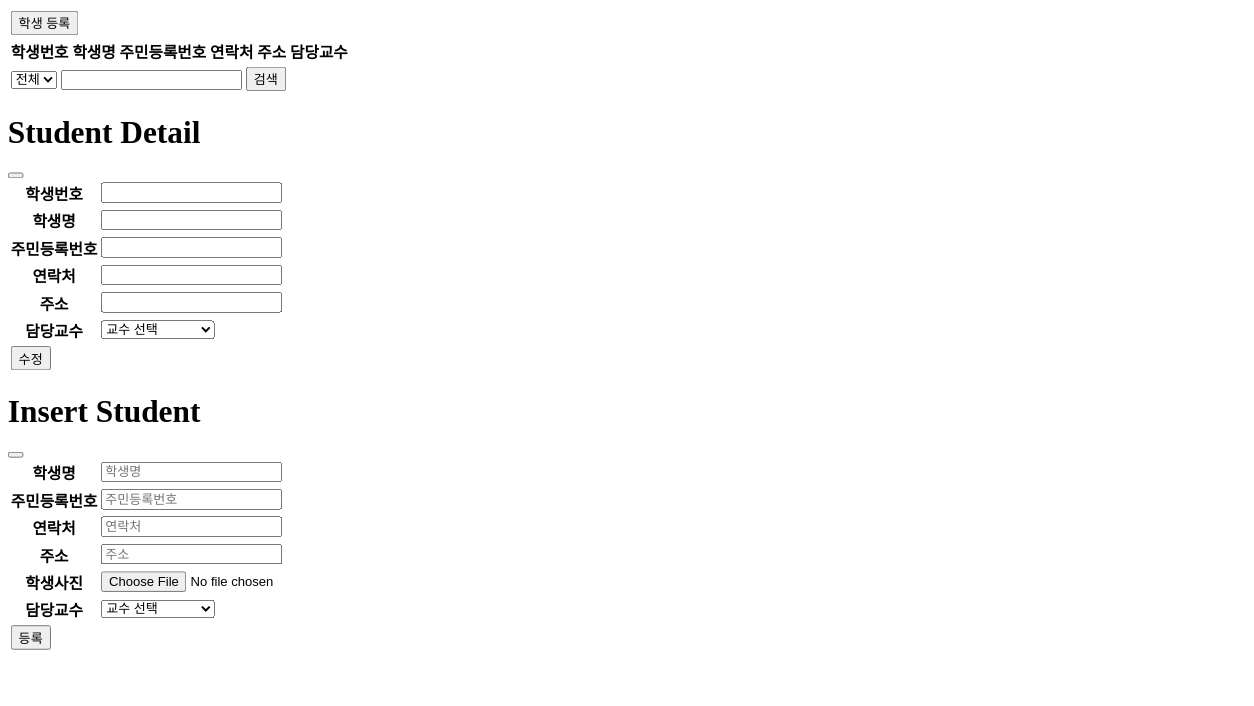
Repository: hoseolkim/restart
Page: http://localhost/HaksaManage/WEB-INF/views/staff/staffStudentView.jsp
The author's editor kept a copy of each file at every save. The page is drawn from the files as they stood at one save, then again after the next save.
The browser window is 1280 px wide. The pictures show the whole page, at 98% of full size.
The page is served by Tomcat 9. Nobody is signed in. Other server files are loaded and not shown. The template is opened directly, without the code that normally fills it, so the values that code supplies are empty.

Above is the page before, as saved 2023-10-09 05:43:01.
Console error: ReferenceError: $ is not defined

### HaksaManage/src/main/webapp/WEB-INF/views/staff/staffStudentView.jsp
<%@ page language="java" contentType="text/html; charset=UTF-8"
    pageEncoding="UTF-8"%>
<%@ taglib uri="http://java.sun.com/jsp/jstl/core" prefix="c" %>

<style>
#studentTR{
	cursor: pointer;
}
</style>

<table class="table table-bordered">
	<thead>
		<tr>
			<td colspan="7"><button id="studentForm" class="btn btn-primary" data-bs-toggle="modal" data-bs-target="#exampleModal" >학생 등록</button></td>
		</tr>
		<tr>
			<th>학생번호</th>
			<th>학생명</th>
			<th>주민등록번호</th>
			<th>연락처</th>
			<th>주소</th>
			<th>담당교수</th>
			<th></th>
		</tr>
	</thead>
	<tbody id="studentList">
	</tbody>
	<tfoot>
		<tr>
			<td colspan="7">
				<div id="paginationHTML">
				</div>
				<div id="searchUI" class="text-center">
					<select name="searchType">
						<option value>전체</option>
						<option value="name">이름</option>
						<option value="address">주소</option>
					</select>
					<input type="text" name="searchWord" />
					<input type="button" value="검색" id="searchBtn" />
				</div>
			</td>
		</tr>
	</tfoot>
</table>
<c:url value="/staff/student" var="studentList" />
<form id="searchForm" action="${studentList }">
	<input type="hidden" name="searchType" />
	<input type="hidden" name="searchWord" />
	<input type="hidden" name="page" />
</form>


<!-- Update Modal -->
<div class="modal fade" id="studentDetail" tabindex="-1" aria-labelledby="studentDetailModal" aria-hidden="true">
  <div class="modal-dialog">
    <div class="modal-content">
      <div class="modal-header">
        <h1 class="modal-title fs-5" id="studentDetailModal">Student Detail</h1>
        <button type="button" class="btn-close" data-bs-dismiss="modal" aria-label="Close"></button>
      </div>
      <div class="modal-body">
			<table class="table table-bordered">
        		<tr>
        			<th>학생번호</th>
        			<td><input type="text" id="stdNo" name="stdNo" class="form-control" required readonly /></td>
        		</tr>
        		<tr>
        			<th>학생명</th>
        			<td><input type="text" id="stdName" name="stdName" class="form-control" required /></td>
        		</tr>
        		<tr>
        			<th>주민등록번호</th>
        			<td><input type="text" id="stdId" name="stdId" class="form-control" required /></td>
        		</tr>
        		<tr>
        			<th>연락처</th>
        			<td><input type="text" id="stdTelno" name="stdTelno" class="form-control" required /></td>
        		</tr>
        		<tr>
        			<th>주소</th>
        			<td><input type="text" id="stdAdd" name="stdAdd" class="form-control" required /></td>
        		</tr>
        		<tr>
        			<th>담당교수</th>
        			<td>
        				<select name="proCd" id="proCd" class="form-control">
        					<option value>교수 선택</option>
        					<c:choose>
					        	<c:when test="${not empty professorList }">
									<c:forEach items="${professorList }" var="professor">
										<option value="${professor.proCd }">${professor.proName }</option>
									</c:forEach>
								</c:when>
								<c:otherwise>
									<option value>교수 정보가 없음</option>
								</c:otherwise>
        					</c:choose>
        				</select>
        			</td>
        		</tr>
        		<tr>
        			<td colspan="2"><input type="submit" class="btn btn-primary" value="수정" /></td>
        		</tr>
        	</table>
      </div>
      <div class="modal-footer">
      </div>
    </div>
  </div>
</div>




<!-- Insert Modal -->
<div class="modal fade" id="exampleModal" tabindex="-1" aria-labelledby="exampleModalLabel" aria-hidden="true">
  <div class="modal-dialog">
    <div class="modal-content">
      <div class="modal-header">
        <h1 class="modal-title fs-5" id="exampleModalLabel">Insert Student</h1>
        <button type="button" class="btn-close" data-bs-dismiss="modal" aria-label="Close"></button>
      </div>
      <div class="modal-body">
        <form id="studentInsertForm" method="post" action="<%=request.getContextPath() %>/staff/student" enctype="multipart/form-data">
        	<table class="table table-bordered">
        		<tr>
        			<th>학생명</th>
        			<td><input type="text" name="stdName" class="form-control" placeholder="학생명" required /></td>
        		</tr>
        		<tr>
        			<th>주민등록번호</th>
        			<td><input type="text" name="stdId" class="form-control" placeholder="주민등록번호" required /></td>
        		</tr>
        		<tr>
        			<th>연락처</th>
        			<td><input type="text" name="stdTelno" class="form-control" placeholder="연락처" required /></td>
        		</tr>
        		<tr>
        			<th>주소</th>
        			<td><input type="text" name="stdAdd" class="form-control" placeholder="주소" required /></td>
        		</tr>
        		<tr>
        			<th>학생사진</th>
        			<td><input type="file" accept="image/*" name="stdImg" class="form-control"/></td>
        		</tr>
        		<tr>
        			<th>담당교수</th>
        			<td>
        				<select name="proCd" class="form-control">
        					<option value>교수 선택</option>
        					<c:choose>
					        	<c:when test="${not empty professorList }">
									<c:forEach items="${professorList }" var="professor">
										<option value="${professor.proCd }">${professor.proName }</option>
									</c:forEach>
								</c:when>
								<c:otherwise>
									<option value>교수 정보가 없음</option>
								</c:otherwise>
        					</c:choose>
        				</select>
        			</td>
        		</tr>
        		<tr>
        			<td colspan="2"><input type="submit" class="btn btn-primary" value="등록" /></td>
        		</tr>
        	</table>
        </form>
      </div>
      <div class="modal-footer">
      </div>
    </div>
  </div>
</div>
<script>
$(':input[name=searchType]').val("${paging.simpleCondition.searchType}");
$(':input[name=searchWord]').val("${paging.simpleCondition.searchWord}");
</script>
<script type="text/javascript" src="${pageContext.request.contextPath }/resources/js/app/staff/staff.js"></script>

### HaksaManage/src/main/webapp/resources/js/app/staff/staff.js
/**
 *
 */
function fn_paging(page){
	searchForm.page.value = page;
	searchForm.requestSubmit();
}

var makeStudentListTrTag = (student) => {
	let trTag = `
	<tr>
		<td data-std-no="${student.stdNo }">${student.stdNo }</td>
		<td>${student.stdName }</td>
		<td>${student.stdId }</td>
		<td>${student.stdTelno }</td>
		<td>${student.stdAdd }</td>
		<td data-pro-cd="${student.proVO.proCd }">${student.proVO.proName }</td>
		<td>
			<button id="stdUdtBtn" class="btn btn-primary" data-bs-toggle="modal" data-bs-target="#studentDetail" >수정</button>
			<button id="stdDelBtn" class="btn btn-primary" data-bs-toggle="modal" >삭제</button>
		</td>
	</tr>
	`;
	return trTag;
}

$(()=>{
	$(searchForm).on('submit',function(event){
		event.preventDefault();

		let url = this.action;
		let data = $(this).serialize();

		let settings = {
			url : url,
			data : data,
			dataType : 'json'
		}

		$.ajax(settings)
			.done(function(resp){
				let code = ""
				let paging = resp.paging;
				let dataList = paging.dataList;
				let paginationNav = paging.pagingHTML;
				if(dataList?.length > 0 ){
					$.each(dataList,function(i,v){
						code += makeStudentListTrTag(v);
					});
				}else{
					code += `
						<tr>
							<td colspan="7">
								학생 목록이 없습니다.
							</td>
						</tr>
					`;
				}
				$(paginationHTML).html(paginationNav);
				$(studentList).html(code);

			});

		return false;
	});
	$(searchUI).on("click","#searchBtn",function(event){
		let inputs = $(this).parents('#searchUI').find(':input[name]');
		$.each(inputs,function(idx, ipt){
			let name = ipt.name;
			let value = $(ipt).val();
			$(searchForm).find(`:input[name=\${name}]`).val(value);
		});

		$(searchForm).submit();

	});

	$(searchForm).submit();

	const cPath = $(document.body).data("contextPath");
	const baseUrl = `${cPath}/staff/student`;

	$(document).on("click", "#stdUdtBtn", function(event) {
	  let trTag = $(this).parents('tr');

      let stdNo = trTag.find('td:eq(0)').text();
      let stdName = trTag.find('td:eq(1)').text();
      let stdId = trTag.find('td:eq(2)').text();
      let stdTelno = trTag.find('td:eq(3)').text();
      let stdAdd = trTag.find('td:eq(4)').text();
      let proCd = trTag.find('td:eq(5)').data("proCd");
      let $modal = $(this).parents();
      let url = `${cPath}/staff/student`;

      $("#stdNo").val(stdNo);
      $("#stdName").val(stdName);
      $("#stdId").val(stdId);
      $("#stdTelno").val(stdTelno);
      $("#stdAdd").val(stdAdd);
      $("#proCd").val(proCd);

   });

	$(document).on("click", "#stdDelBtn", function(event){
		let flag = confirm("정말 삭제 하시겠습니까?");
		if(!flag) return false;

		let stdTr = $(this).closest("tr");
		let $stdTr = $(stdTr);
		let stdNo = stdTr.find("td[data-std-no]").data("stdNo");
		let url = `${baseUrl}/${stdNo}`;
		let settings = {
			url : url,
			method : "post",
			dataType : "json"
		};

		$.ajax(settings)
			.done(function(resp){
				if(resp.result){
					$stdTr.remove();
				}else{
					alert(resp.message);
				}
			});

	});

});

After the next save:
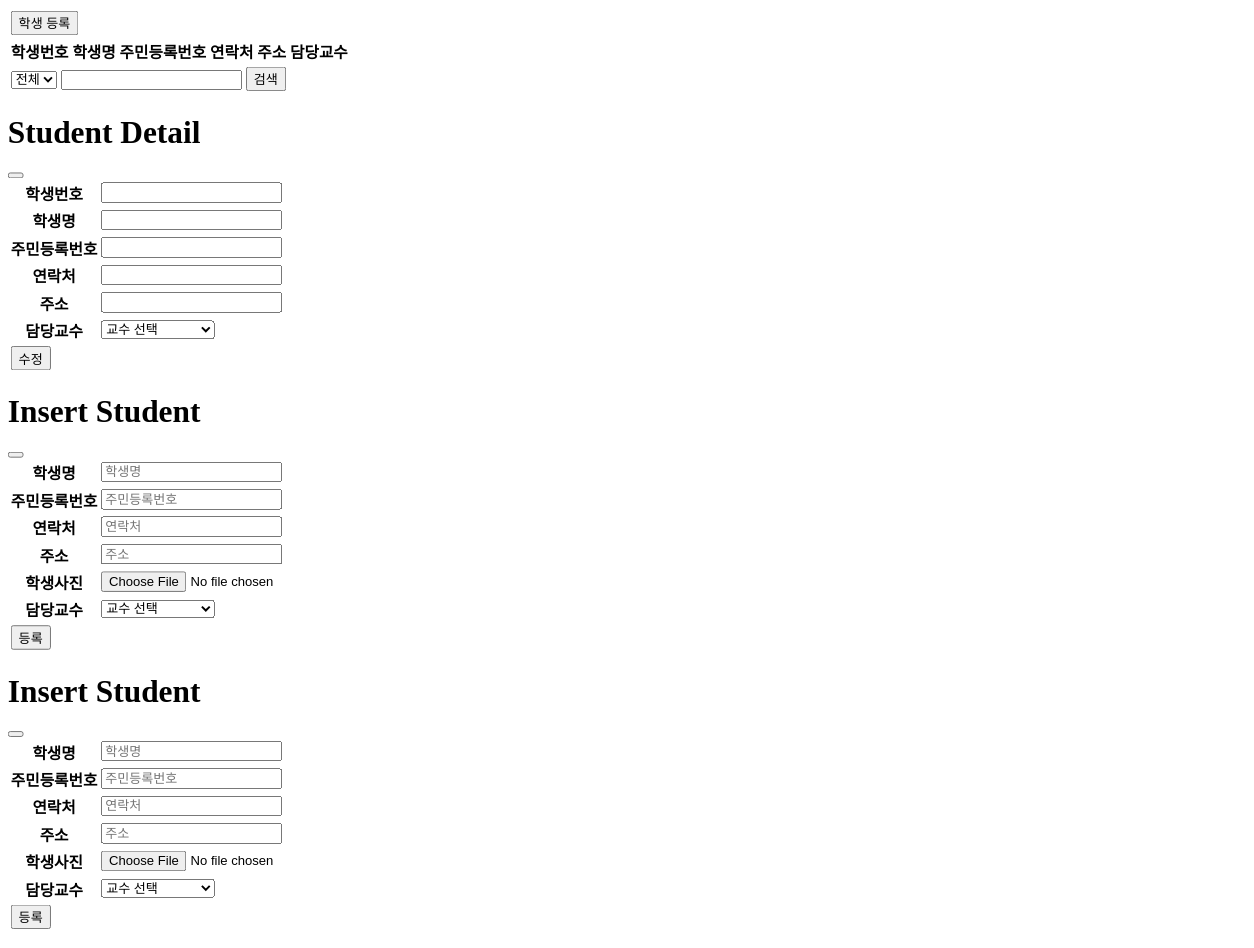
Saved 67 s later.
--- a/HaksaManage/src/main/webapp/WEB-INF/views/staff/staffStudentView.jsp
+++ b/HaksaManage/src/main/webapp/WEB-INF/views/staff/staffStudentView.jsp
@@ -173,6 +173,67 @@
     </div>
   </div>
 </div>
+
+<!-- Detail Modal -->
+<div class="modal fade" id="studentDetailView" tabindex="-1" aria-labelledby="exampleModalLabel" aria-hidden="true">
+  <div class="modal-dialog">
+    <div class="modal-content">
+      <div class="modal-header">
+        <h1 class="modal-title fs-5" id="exampleModalLabel">Insert Student</h1>
+        <button type="button" class="btn-close" data-bs-dismiss="modal" aria-label="Close"></button>
+      </div>
+      <div class="modal-body">
+        <form id="studentInsertForm" method="post" action="<%=request.getContextPath() %>/staff/student" enctype="multipart/form-data">
+        	<table class="table table-bordered">
+        		<tr>
+        			<th>학생명</th>
+        			<td><input type="text" name="stdName" class="form-control" placeholder="학생명" required /></td>
+        		</tr>
+        		<tr>
+        			<th>주민등록번호</th>
+        			<td><input type="text" name="stdId" class="form-control" placeholder="주민등록번호" required /></td>
+        		</tr>
+        		<tr>
+        			<th>연락처</th>
+        			<td><input type="text" name="stdTelno" class="form-control" placeholder="연락처" required /></td>
+        		</tr>
+        		<tr>
+        			<th>주소</th>
+        			<td><input type="text" name="stdAdd" class="form-control" placeholder="주소" required /></td>
+        		</tr>
+        		<tr>
+        			<th>학생사진</th>
+        			<td><input type="file" accept="image/*" name="stdImg" class="form-control"/></td>
+        		</tr>
+        		<tr>
+        			<th>담당교수</th>
+        			<td>
+        				<select name="proCd" class="form-control">
+        					<option value>교수 선택</option>
+        					<c:choose>
+					        	<c:when test="${not empty professorList }">
+									<c:forEach items="${professorList }" var="professor">
+										<option value="${professor.proCd }">${professor.proName }</option>
+									</c:forEach>
+								</c:when>
+								<c:otherwise>
+									<option value>교수 정보가 없음</option>
+								</c:otherwise>
+        					</c:choose>
+        				</select>
+        			</td>
+        		</tr>
+        		<tr>
+        			<td colspan="2"><input type="submit" class="btn btn-primary" value="등록" /></td>
+        		</tr>
+        	</table>
+        </form>
+      </div>
+      <div class="modal-footer">
+      </div>
+    </div>
+  </div>
+</div>
 <script>
 $(':input[name=searchType]').val("${paging.simpleCondition.searchType}");
 $(':input[name=searchWord]').val("${paging.simpleCondition.searchWord}");
